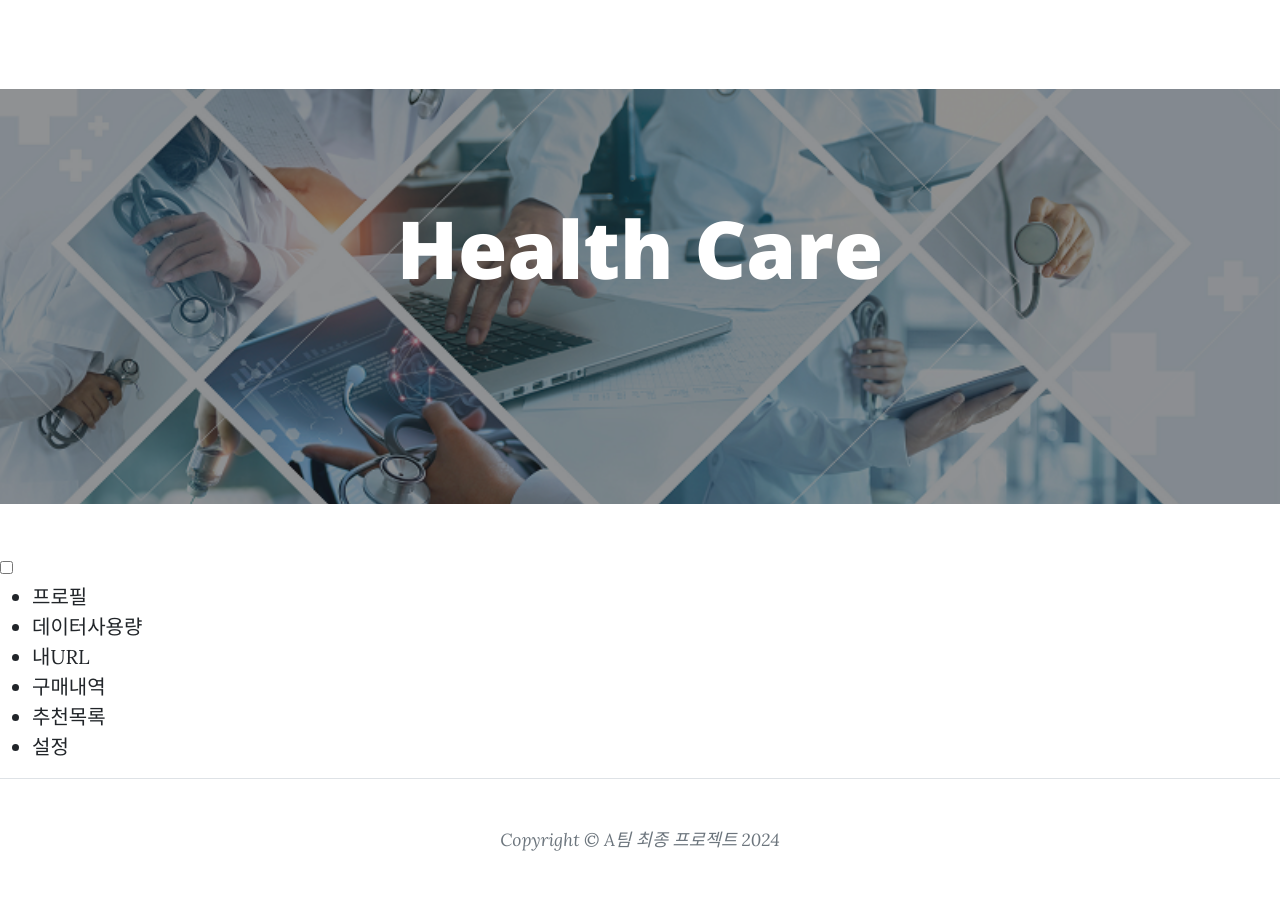
Repository: honsb91/project
Page: http://localhost/hospital/board/patient.jsp
An editor plug-in stored every save of this project. The page is shown before and after the next save, followed by the edit.
The browser window is 1280 px wide. The pictures show the whole page.
Some web libraries are served in a nearby version. The page is served by Tomcat 9. Nobody is signed in. The application's start-up code is not run. Other server files are loaded and not shown. The template is opened directly, without the code that normally fills it, so the values that code supplies are empty.

Above is the page before, as saved 2024-02-01 04:10:10.

### hospital/src/main/webapp/board/patient.jsp
<%@ page language="java" contentType="text/html; charset=UTF-8"
    pageEncoding="UTF-8"%>
<!DOCTYPE html>
<html>
<head>
<meta charset="UTF-8">
<title>Insert title here</title>
<link rel="stylesheet" href="/resources/css/admin/dashboard.css">
</head>
<%@ include file="/include/header.jsp"%>
<body>
<div class="menu">
    <input type="checkbox" id="expand-menu" name="expand-menu">
    <ul>
        <li><a href="#" class="item"><div>프로필</div></a></li>
        <li><a href="#" class="item"><div>데이터사용량</div></a></li>
        <li><a href="#" class="item"><div>내URL</div></a></li>
        <li><a href="#" class="item"><div>구매내역</div></a></li>
        <li><a href="#" class="item"><div>추천목록</div></a></li>
        <li><a href="#" class="item"><div>설정</div></a></li>
    </ul>
</div>
<%@ include file="/include/footer.jsp"%>
</body>
</html>

### hospital/src/main/webapp/include/header.jsp
<%@ page language="java" contentType="text/html; charset=UTF-8"
	pageEncoding="UTF-8"%>
<%@ taglib prefix="c" uri="http://java.sun.com/jsp/jstl/core"%>
<meta charset="UTF-8">
<title>Insert title here</title>
<head>
<meta charset="utf-8" />
<meta name="viewport" content="width=device-width, initial-scale=1, shrink-to-fit=no" />
<meta name="description" content="" />
<meta name="author" content="" />
<link rel="icon" type="image/x-icon" href="/resources/assets/favicon.ico" />
<!-- Font Awesome icons (free version)-->
<script src="https://use.fontawesome.com/releases/v6.3.0/js/all.js" crossorigin="anonymous"></script>
<!-- Google fonts-->
<link href="https://fonts.googleapis.com/css?family=Lora:400,700,400italic,700italic" rel="stylesheet" type="text/css" />
<link href="https://fonts.googleapis.com/css?family=Open+Sans:300italic,400italic,600italic,700italic,800italic,400,300,600,700,800"
	rel="stylesheet" type="text/css" />
<!-- Core theme CSS (includes Bootstrap)-->
<link href="/resources/css/styles.css" rel="stylesheet" />
</head>
<body>
	<!-- Navigation-->
	<nav class="navbar navbar-expand-lg navbar-light" id="mainNav">
		<div class="container px-4 px-lg-5">
			<a class="navbar-brand" href="/main">Health Care</a>
			<button class="navbar-toggler" type="button"
				data-bs-toggle="collapse" data-bs-target="#navbarResponsive"
				aria-controls="navbarResponsive" aria-expanded="false"
				aria-label="Toggle navigation">
				Menu <i class="fas fa-bars"></i>
			</button>
			<div class="collapse navbar-collapse" id="navbarResponsive">
				<ul class="navbar-nav ms-auto py-4 py-lg-0 ">
    				<li class="nav-item"><a class="nav-link px-lg-3 py-3 py-lg-4" href="/main">Home</a></li>
    				<!-- 관리자로 로그인시 faq 와 공지사항은 안보이게 처리-->
    				<c:if test="${empty admin}">
    					<li class="nav-item"><a class="nav-link px-lg-3 py-3 py-lg-4" href="/faq">FAQ</a></li>
    					<li class="nav-item"><a class="nav-link px-lg-3 py-3 py-lg-4" href="/notice">공지사항</a></li>
    				</c:if>

    				<c:if test="${empty patient and empty admin}">
        			<!-- 로그인 안 된 경우 -->
        				<li class="nav-item"><a class="nav-link px-lg-3 py-3 py-lg-4" href="/member/login.jsp">로그인</a></li>
        				<li class="nav-item"><a class="nav-link px-lg-3 py-3 py-lg-4" href="/admin/login.jsp">관리자 로그인</a></li>
        				<li class="nav-item"><a class="nav-link px-lg-3 py-3 py-lg-4" href="/member/join.jsp">회원가입</a></li>
    				</c:if>

    				<c:if test="${not empty patient}">
        			<!-- 일반 회원으로 로그인된 경우 -->
        				<li class="nav-item"><a class="nav-link px-lg-3 py-3 py-lg-4" href="/member/logout">로그아웃</a></li>
    				</c:if>

    				<c:if test="${not empty admin}">
        			<!-- 관리자로 로그인된 경우 -->
        				<li class="nav-item"><a class="nav-link px-lg-3 py-3 py-lg-4" href="/admin/dashboard.jsp">환자정보 관리</a></li>
        				<li class="nav-item"><a class="nav-link px-lg-3 py-3 py-lg-4" href="/admin/dashboard.jsp">FAQ 관리</a></li>
        				<li class="nav-item"><a class="nav-link px-lg-3 py-3 py-lg-4" href="/admin/dashboard.jsp">공지사항 관리</a></li>
        				<li class="nav-item"><a class="nav-link px-lg-3 py-3 py-lg-4" href="/admin/logout">로그아웃</a></li>
    				</c:if>
				</ul>
			</div>
		</div>
	</nav>
	<!-- Page Header-->
	<header class="masthead" style="background-image: url('/resources/assets/img/test4.png')">
		<div class="container position-relative px-4 px-lg-5">
			<div class="row gx-4 gx-lg-5 justify-content-center">
				<div class="col-md-10 col-lg-8 col-xl-7">
					<div class="site-heading">
						<h1>Health Care</h1>
					</div>
				</div>
			</div>
		</div>
	</header>

### hospital/src/main/webapp/include/footer.jsp
<%@ page language="java" contentType="text/html; charset=UTF-8"
    pageEncoding="UTF-8"%>
<!DOCTYPE html>
<html>
<head>
<meta charset="UTF-8">
<title>Insert title here</title>
</head>
<body>
<footer class="border-top">
		<div class="container px-4 px-lg-5">
			<div class="row gx-4 gx-lg-5 justify-content-center">
				<div class="col-md-10 col-lg-8 col-xl-7">
					<div class="small text-center text-muted fst-italic">Copyright
						&copy; A팀 최종 프로젝트 2024</div>
				</div>
			</div>
		</div>
	</footer>
	<!-- Bootstrap core JS-->
	<script
		src="https://cdn.jsdelivr.net/npm/bootstrap@5.2.3/dist/js/bootstrap.bundle.min.js"></script>
	<!-- Core theme JS-->
	<script src="js/scripts.js"></script>
</body>
</html>

### hospital/src/main/webapp/resources/js/scripts.js
/*!
* Start Bootstrap - Clean Blog v6.0.9 (https://startbootstrap.com/theme/clean-blog)
* Copyright 2013-2023 Start Bootstrap
* Licensed under MIT (https://github.com/StartBootstrap/startbootstrap-clean-blog/blob/master/LICENSE)
*/
window.addEventListener('DOMContentLoaded', () => {
    let scrollPos = 0;
    const mainNav = document.getElementById('mainNav');
    const headerHeight = mainNav.clientHeight;
    window.addEventListener('scroll', function() {
        const currentTop = document.body.getBoundingClientRect().top * -1;
        if ( currentTop < scrollPos) {
            // Scrolling Up
            if (currentTop > 0 && mainNav.classList.contains('is-fixed')) {
                mainNav.classList.add('is-visible');
            } else {
                console.log(123);
                mainNav.classList.remove('is-visible', 'is-fixed');
            }
        } else {
            // Scrolling Down
            mainNav.classList.remove(['is-visible']);
            if (currentTop > headerHeight && !mainNav.classList.contains('is-fixed')) {
                mainNav.classList.add('is-fixed');
            }
        }
        scrollPos = currentTop;
    });
})

Loaded but not shown: hospital/src/main/webapp/resources/css/styles.css (library); hospital/resources/css/admin/dashboard.css (no stored copy; drawn as an empty file)

After the next save:
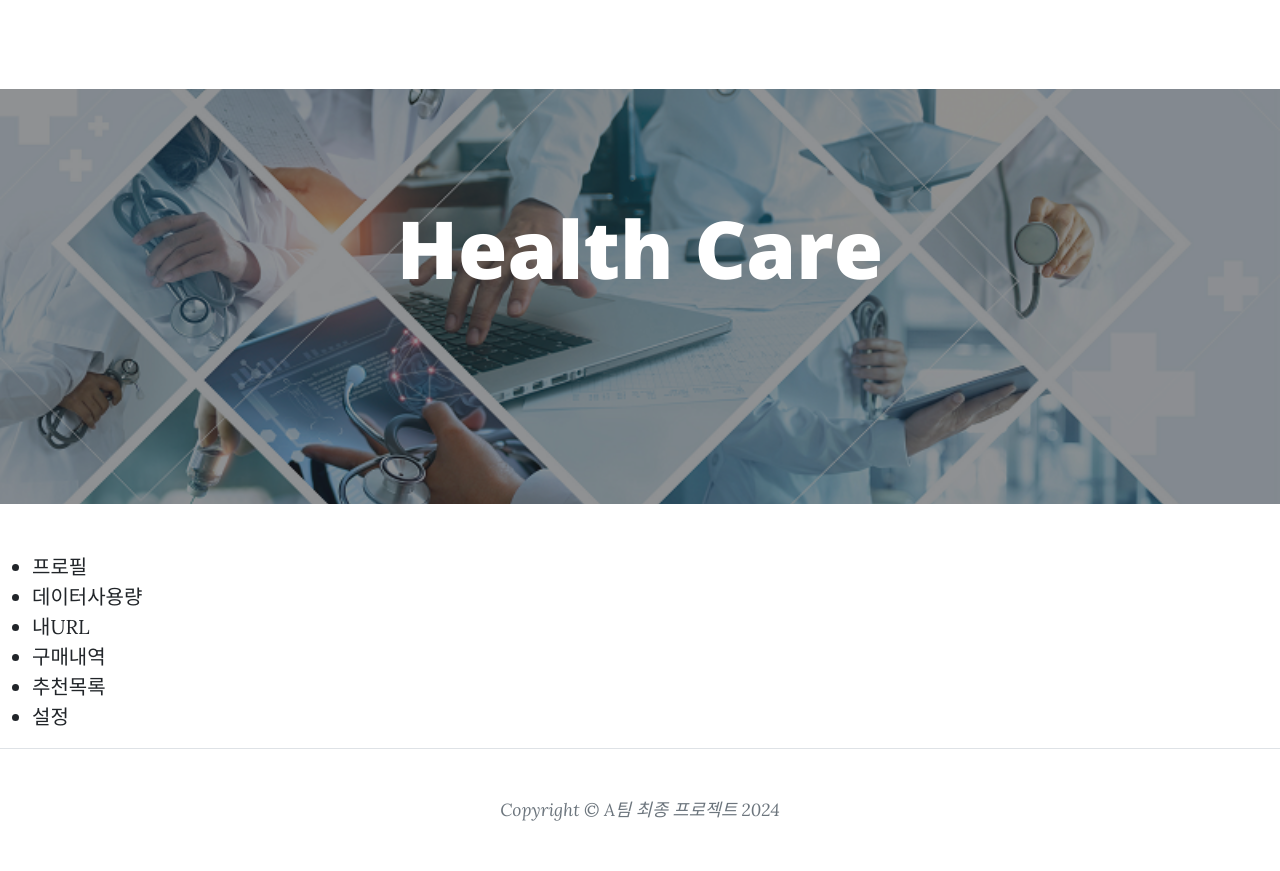
Saved 54 min 25 s later.
--- a/hospital/src/main/webapp/board/patient.jsp
+++ b/hospital/src/main/webapp/board/patient.jsp
@@ -10,7 +10,6 @@
 <%@ include file="/include/header.jsp"%>
 <body>
 <div class="menu">
-    <input type="checkbox" id="expand-menu" name="expand-menu">
     <ul>
         <li><a href="#" class="item"><div>프로필</div></a></li>
         <li><a href="#" class="item"><div>데이터사용량</div></a></li>
